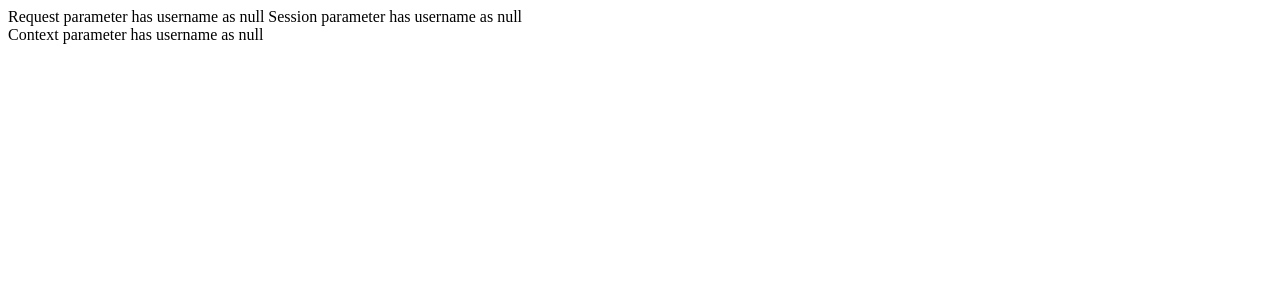
Repository: edwinisnow/jsp-servlets-demo
Page: http://localhost/SimpleServletProject/SimpleServletPath
These files come from the project's save history. The page is drawn as it stood at one moment and after a run of saves; the edit follows.
The browser window is 1280 px wide. The pictures show the whole page.
The page is served by Tomcat 9.

Above is the page before, as saved 2024-05-06 12:25:59.

### SimpleServletProject/src/main/java/org/koushik/javabrains/SimpleServlet.java
package org.koushik.javabrains;

import java.io.IOException;
import java.io.PrintWriter;

import javax.servlet.ServletContext;
import javax.servlet.ServletException;
import javax.servlet.annotation.WebInitParam;
import javax.servlet.annotation.WebServlet;
import javax.servlet.http.HttpServlet;
import javax.servlet.http.HttpServletRequest;
import javax.servlet.http.HttpServletResponse;
import javax.servlet.http.HttpSession;

//	http://localhost:8080/SimpleServletProject/SimpleServletPath
/**
 * Servlet implementation class SimpleServlet
 */
@WebServlet(description = "A simple servlet", urlPatterns = { "/SimpleServletPath" },
		initParams= {@WebInitParam(name="defaultUser", value="John Doe")}
		)
public class SimpleServlet extends HttpServlet {
	private static final long serialVersionUID = 1L;

	/**
	 * @see HttpServlet#doGet(HttpServletRequest request, HttpServletResponse response)
	 */
	protected void doGet(HttpServletRequest request, HttpServletResponse response) throws ServletException, IOException {
		System.out.println("Hello from GET method");
		response.setContentType("text/html");
		PrintWriter writer = response.getWriter();
		HttpSession session = request.getSession();

		ServletContext context = request.getServletContext();
		String userName = request.getParameter("name");

		if(userName != "" & userName != null) {
			session.setAttribute("savedUserName",userName);
			context.setAttribute("savedUserName", userName);
		}

		writer.println("Request parameter has username as " + userName);
		writer.println("Session parameter has username as " + (String) session.getAttribute("savedUserName"));
		writer.println("<br/>");
		writer.println("Context parameter has username as " + (String) context.getAttribute("savedUserName"));

	}

}

After the next 2 saves:
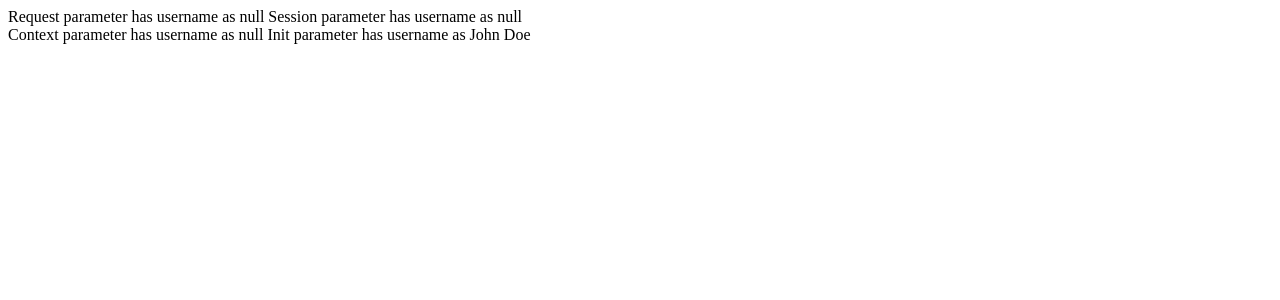
The 2 saves are shown as one change because 1 did not build or start.
The last was saved 2 min 12 s later.
--- a/SimpleServletProject/src/main/java/org/koushik/javabrains/SimpleServlet.java
+++ b/SimpleServletProject/src/main/java/org/koushik/javabrains/SimpleServlet.java
@@ -44,6 +44,8 @@ public class SimpleServlet extends HttpServlet {
 		writer.println("<br/>");
 		writer.println("Context parameter has username as " + (String) context.getAttribute("savedUserName"));
 
+		writer.println("Init parameter has username as " + (String) this.getServletConfig().getInitParameter("defaultUser"));
+
 	}
 
 }
